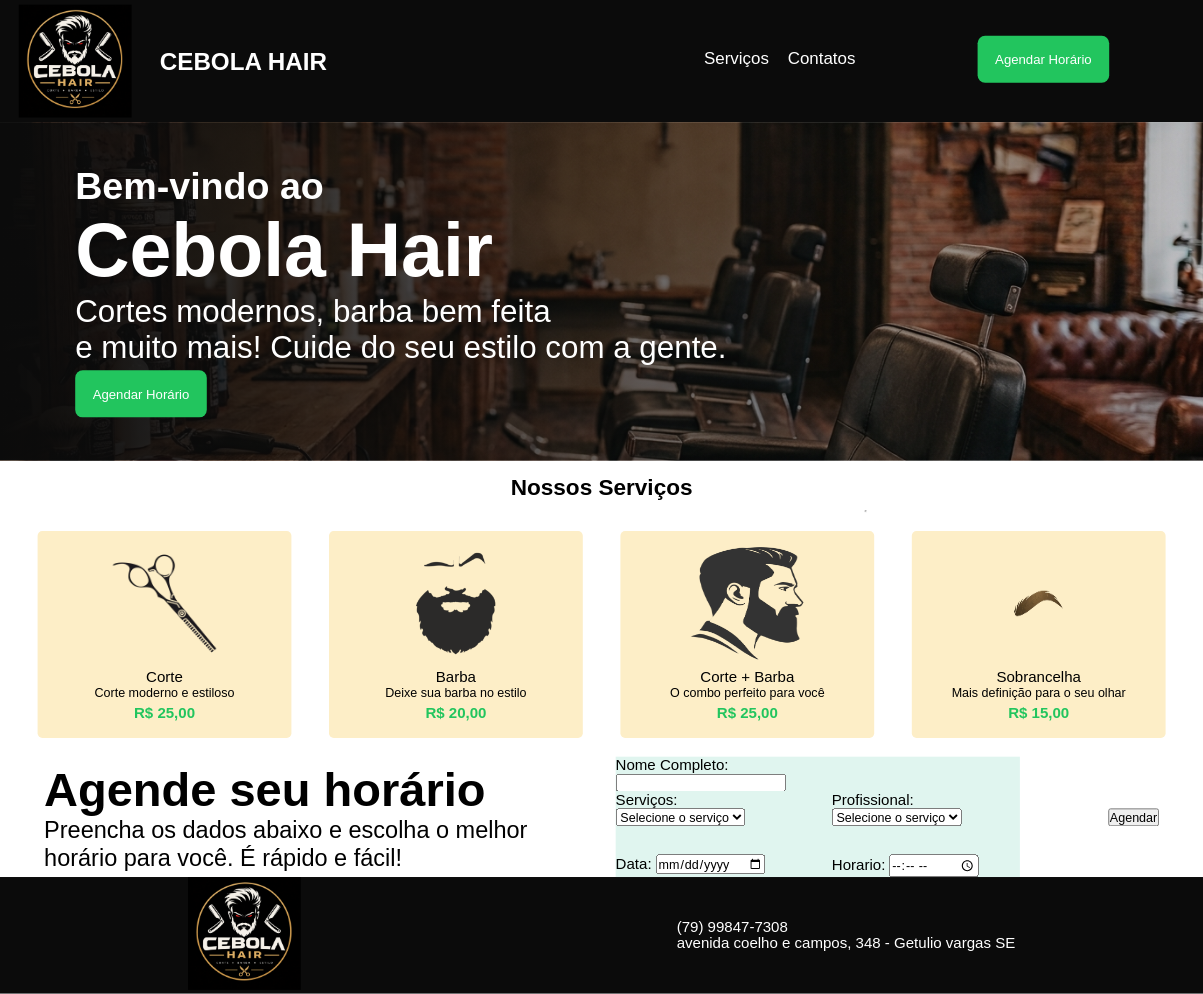
Repository: antonymsantana-design/final.activitie1
Page: index.html
These files come from the project's save history. The page is drawn as it stood at one moment and after a run of saves; the edit follows.
The browser window is 1280 px wide. The pictures show the whole page, at 94% of full size.

Above is the page before, as saved 2026-09-15 19:35:58.

### index.html
<!doctype html>
<html lang="pt-br">
  <head>
    <meta charset="UTF-8" />
    <meta name="viewport" content="width=device-width, initial-scale=1.0" />
    <title>Cebola Hair</title>
    <link rel="stylesheet" href="style.css" />
    <script src="../final.activitie1/script.js" defer></script>
  </head>
  <header>
    <div class="conteudoH" id="conteudoH">
      <div class="imagem" id="imagem">
        <img
          src="image/ChatGPT Image 15 de set. de 2026, 09_00_55.png"
          alt="logo"
          class="logoIMG"
          id="logoIMG"
        />
        <h3 class="logoH">CEBOLA HAIR</h3>
      </div>
      <div class="direitaH">
        <div class="links" id="links">
          <a href="#" class="aLinks">Serviços</a>
          <a href="#" class="aLinks">Contatos</a>
        </div>
        <div class="btnDiv" id="btnDiv">
          <button class="btn" id="btn">
            <div class="btnTxt" id="btnTxt">
              <p>Agendar Horário</p>
            </div>
          </button>
        </div>
      </div>
    </div>
  </header>

  <body>
    <div class="conteudo">
      <div class="texto">
        <h4>Bem-vindo ao</h4>
        <h1>Cebola Hair</h1>
        <small
          >Cortes modernos, barba bem feita <br />
          e muito mais! Cuide do seu estilo com a gente.</small
        >
        <button class="btn" id="btn">
          <div class="btnTxt" id="btnTxt">
            <p>Agendar Horário</p>
          </div>
        </button>
      </div>
    </div>

    <h2 class="Our">Nossos Serviços</h2>
    <hr />

    <div class="cards">
      <div class="card">
        <img src="image/corte.webp" alt="tisora" class="icone" />
        <p>Corte</p>
        <small>Corte moderno e estiloso</small>
        <h4>R$ 25,00</h4>
      </div>
      <div class="card">
        <img src="image/barba(png).png" alt="tisora" class="icone" />
        <p>Barba</p>
        <small>Deixe sua barba no estilo</small>
        <h4>R$ 20,00</h4>
      </div>
      <div class="card">
        <img src="image/barba+corte(png).png" alt="tisora" class="icone" />
        <p>Corte + Barba</p>
        <small>O combo perfeito para você</small>
        <h4>R$ 25,00</h4>
      </div>
      <div class="card">
        <img
          src="image/Design sem nome.png"
          alt="tisora"
          class="icone"
        />
        <p>Sobrancelha</p>
        <small>Mais definição para o seu olhar</small>
        <h4>R$ 15,00</h4>
      </div>
    </div>

    <div class="agendar" id="agendar">
      <div class="esq">
        <h1>Agende seu horário</h1>
        <p>
          Preencha os dados abaixo e escolha o melhor <br />
          horário para você. É rápido e fácil!
        </p>
      </div>

      <div class="form">
        <label for="nome">Nome Completo:</label><br />
        <input type="text" name="nome" id="nome" /><br />


         <div class="quadrado">
        <div class="1">
          <label for="serv">Serviços:</label>
          <select name="serv" id="serv">
            <option value="">Selecione o serviço</option>
            <option value="corte">Corte</option>
            <option value="barba">Barba</option>
            <option value="cort+barba">Corte + Barba</option>
            <option value="sobrancelha">Sobrancelha</option>
          </select>
          </div>

          <div class="2">
            <label for="prof">Profissional:</label>
            <select name="prof" id="prof">
              <option value="">Selecione o serviço</option>
              <option value="cebola">Cebola</option>
            </select>
            </div>
            <div class="3">
              <label for="data">Data:</label>
              <input type="date" name="data" id="data" />
            </div>
            <div class="4">
              <label for="hora">Horario:</label>
              <input type="time" name="hora" id="hora" />
            </div>
          </div>
          </div>


        <button type="button">Agendar</button>
      </div>
    </div>
  </body>
  <footer>
    <div class="direita">
      <img
        src="image/ChatGPT Image 15 de set. de 2026, 09_00_55.png"
        alt="logo"
        class="logoIMG"
        id="logoIMG"
      />
    </div>

    <div class="esquerda">
      <p>(79) 99847-7308</p>
      <p>avenida coelho e campos, 348 - Getulio vargas SE</p>
    </div>
  </footer>
</html>

### style.css
* {
    padding: 0px;
    margin: 0px;
    font-family: Arial, Helvetica, sans-serif;
}

header {
    background-color: #0B0B0B;
    height: 130px;
}

small {
    padding-bottom: 5px;
}

.conteudoH {
    display: flex;
    justify-content: space-between;
    padding-right: 100px;
    align-items: center;
}

.imagem {
    margin-left: 20px;
    margin-top: 5px;
    display: flex;
    justify-content: center;
    align-items: center;
    gap: 30px;
    font-weight: 600;
    font-size: 22px;
}

.logoIMG {
    width: 120px;
    height: 120px;
    cursor: pointer;
}

.logoH {
    color: white;

}

.links {
    display: flex;
    gap: 20px;
    justify-content: center;
    padding-right: 130px;
    font-size: 18px;
}

.links a {
    text-decoration: none;
    color: white;
    transition: 0.5s ease;
}

.aLinks:hover {
    transform: translateY(-5px);
    box-shadow: 0 4px 10px rgba(0, 0, 0, 0.15);
    background-color: #F0C56A;
    color: #F5F5F5;
    border-radius: 5px;
    width: 120px;
    height: 30px;
    display: flex;
    justify-content: center;
    align-items: center;
}

.btnDiv {
    display: flex;
}

.btn {
    display: flex;
    justify-content: center;
    width: 140px;
    height: 50px;
    background-color: #22C55E;
    border: none;
    color: white;
    align-items: center;
    border-radius: 8px;
    transition: 0.3s ease;
    cursor: pointer;
    font-size: 14px;
}

.btn:hover {
    transform: translateY(-5px);
    box-shadow: 0 8px 15px rgba(0, 0, 0, 0.4);
}

.direitaH {
    display: flex;
    justify-content: center;
    align-items: center;
}

.conteudo {
    background-image: url(image/Gemini_Generated_Image_hbetqjhbetqjhbet.jpg);
    background-repeat: no-repeat;
    background-size: cover;
    background-position: center;
    height: 50vh;
    color: white;
}

.texto {
    padding-left: 80px;
    font-size: 40px;
    display: flex;
    flex-direction: column;
    justify-content: center;
    height: 50vh;
    background: linear-gradient(to right, #0B0B0B, #15151531);

}

.card {
    background-color: #FDEEC7;
    width: 270px;
    height: 220px;
    display: flex;
    flex-direction: column;
    justify-content: center;
    align-items: center;
    border-radius: 5px;
}

.cards {
    display: flex;
    justify-content: center;
    gap: 40px;
    padding-top: 20px;
    padding-bottom: 20px;
}

.card h4 {
    color: #22C55E;
}

.icone {
    width: 120px;
    height: 120px;
    padding-bottom: 10px;
}

.Our {
    padding-top: 15px;
    text-align: center;
    padding-bottom: 10px;
}

hr {
    color: #22C55E;
    text-align: center;
    margin-left: 920px;
    margin-right: 920px;
}

.agendar{
    display: flex;
    justify-content: space-around;
    align-items: center;
}

.form{
    background-color: rgba(201, 238, 227, 0.568);
}
.quadrado{
    display: grid;
    grid-template-columns: repeat(2, 200px);
    gap: 30px;
}

.esq {
    font-size: 25px;
}

footer{
    display: flex;
    justify-content: space-around;
    align-items: center;
    background-color: #0B0B0B;
    color: white;
}

Loaded but not shown: script.js (no copy from this time; the picture is the same without it)

After the next 2 saves:
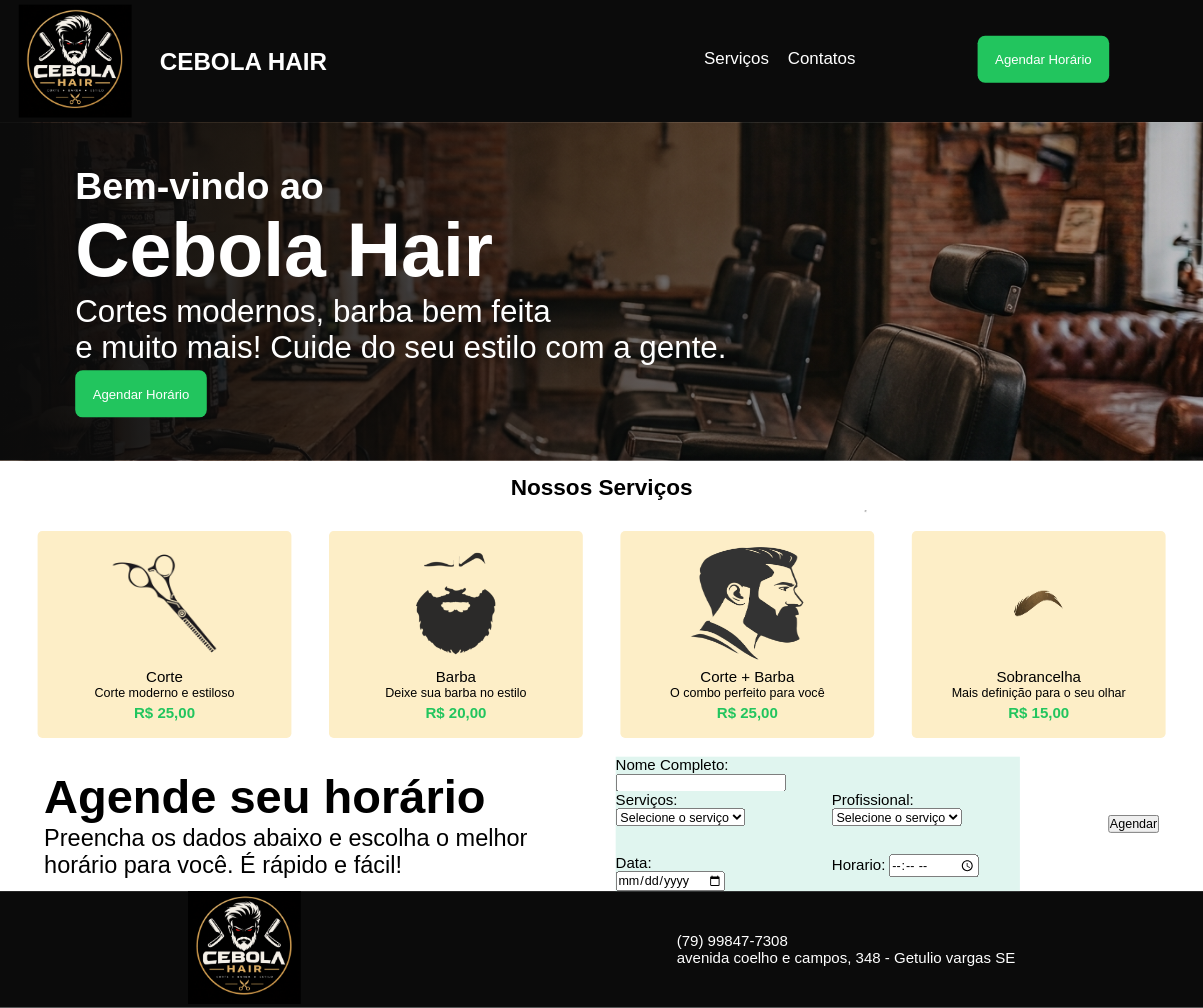
The 2 saves are shown as one change because they came seconds apart.
The last was saved 13 s later.
--- a/index.html
+++ b/index.html
@@ -119,7 +119,7 @@
             </select>
             </div>
             <div class="3">
-              <label for="data">Data:</label>
+              <label for="data">Data:</label> <br>
               <input type="date" name="data" id="data" />
             </div>
             <div class="4">
